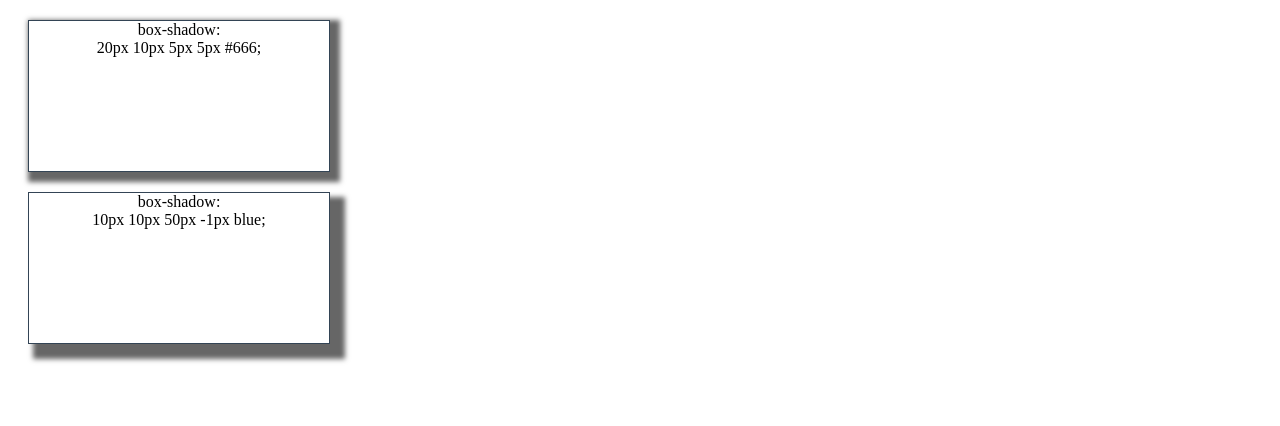
Repository: SeungjaeYu/webstudy
Page: webstudy/06_css/08_shadow/02_box-shadow.htm
The author's editor kept a copy of each file at every save. The page is drawn from the files as they stood at one save, then again after a run of saves.
The browser window is 1280 px wide. The pictures show the whole page.

Above is the page before, as saved 2019-08-28 14:46:23.

### webstudy/06_css/08_shadow/02_box-shadow.htm
<!DOCTYPE html>
<!--
   박스 그림자
   - box-shadow : 수평거리 | 수직거리 | blur | 확장거리 | 색상 | inset
      1. 수평거리(필수)
          그림자가 수평으로 얼마나 떨어져 있는지 지정,
          양수값은 요소의 오른쪽에 음수값은 요소의 왼쪽에 그림자 표시
      2. 수직거리(필수)
          그림자가 수직으로 얼마나 떨어져 있는지 지정,
          양수값은 요소의 위쪽에 음수값은 요소의 아래쪽에 그림자 표시
      3. blur
          그림자의 흐림정도, 생략시 0을 기본값으로 진한 그림자, 음수 불가능,
          값이 커지면 흐려짐
      4. 확장거리
          그림자의 번짐정도, 양수값을 사용하면 모든 방향으로 그림자가 퍼짐으로 박스보다 그림자가 크게 보임,
          음수값은 모든 방향으로 그림자 축소
      5. 색상(그림자 색상)
         inset : 키워드 사용시 박스 안쪽에 그림자 표시,
          사용하지 않으면 박스 바깥쪽에 그림자 표시
 -->
<html>
<head>
<title> box-shadow </title>
<meta charset="utf-8" />
<style>
    div {
        border: 1px solid #345;
        width: 300px; height: 150px;
        margin: 20px;
        text-align: center;
    }

    .shadow1 {
        box-shadow: 20px 10px 5px 5px #666;
        box-shadow: 5px 5px 5px 5px #666;
    }
    .shadow2 {
        box-shadow: 10px 10px 5px 5px #666;
    }


</style>
</head>
<body>
    <div class="shadow1">box-shadow:<br />20px 10px 5px 5px #666;</div>
    <div class="shadow2">box-shadow:<br />10px 10px 50px -1px blue;</div>
</body>
</html>

After the next 2 saves:
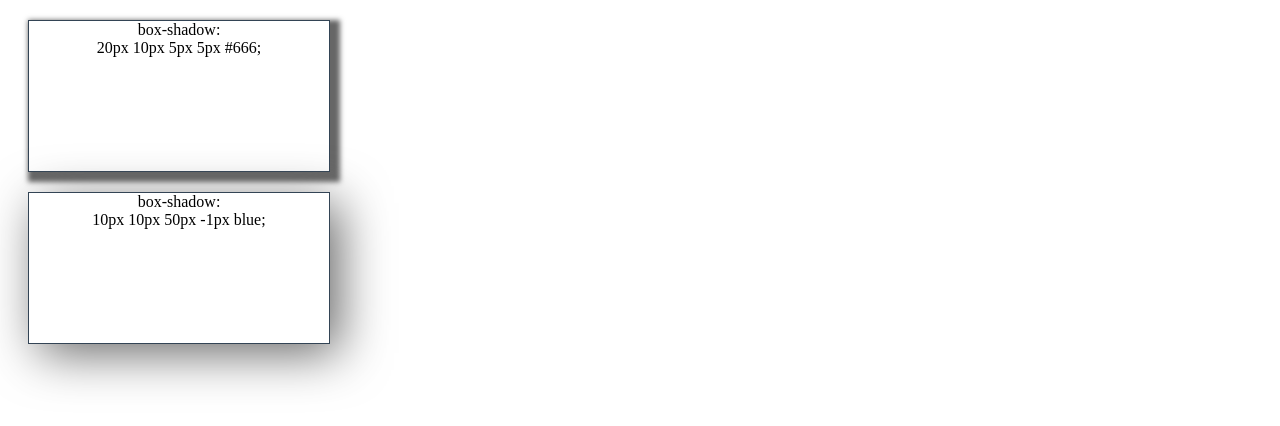
The 2 saves are shown as one change because they came seconds apart.
The last was saved 7 s later.
--- a/webstudy/06_css/08_shadow/02_box-shadow.htm
+++ b/webstudy/06_css/08_shadow/02_box-shadow.htm
@@ -35,7 +35,7 @@
         box-shadow: 5px 5px 5px 5px #666;
     }
     .shadow2 {
-        box-shadow: 10px 10px 5px 5px #666;
+        box-shadow: 10px 10px 50px -1px #666;
     }
 
 
